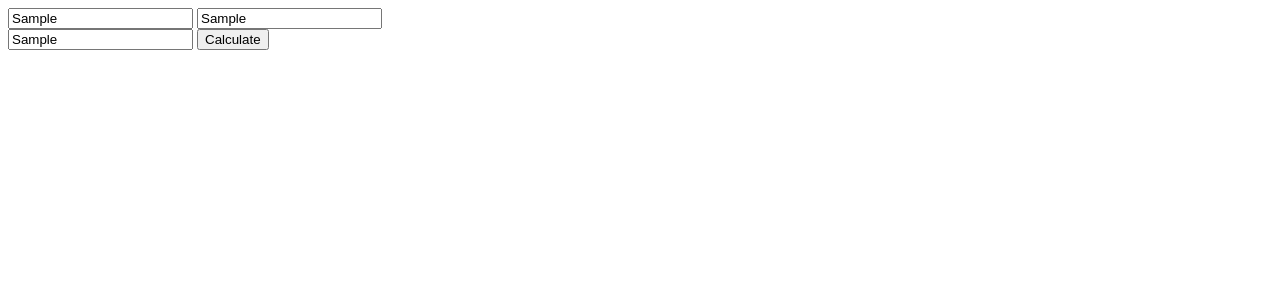
Repository: KHALIFASAID2020/Javascript-UDEMY-WEB
Page: index3.html
An editor plug-in stored every save of this project. The page is shown before and after the next save, followed by the edit.
The browser window is 1280 px wide. The pictures show the whole page.
Empty fields were first filled with sample values (such as "Sample", 5 or name@example.com).
After loading, the first visible `button` was clicked once.

Above is the page before, as saved 2019-10-22 00:38:16.
Console error: SyntaxError: Unexpected string

After the next save:
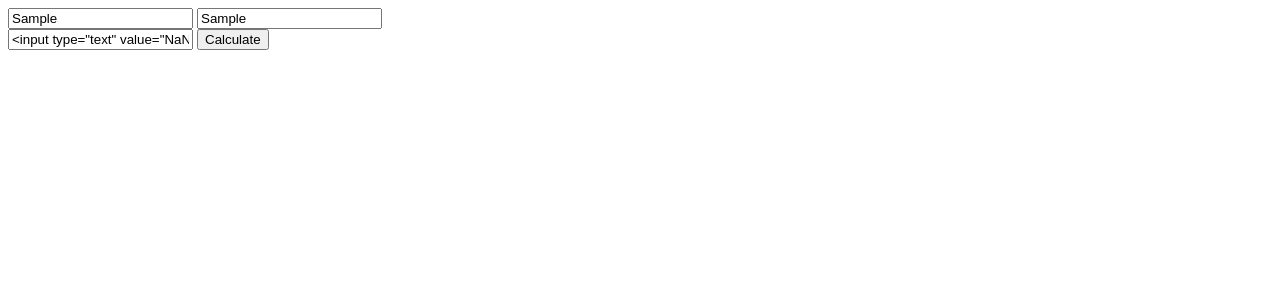
The error is gone.
Saved 12 s later.
--- a/index3.html
+++ b/index3.html
@@ -8,7 +8,7 @@
         function calc(){
           val1=  document.getElementById("val1").value;
           val2=document.getElementById("val2").value;
-          document.getElementById("result").value='<input type="text" value="'+(val1*val2)'">';
+          document.getElementById("result").value='<input type="text" value="'+(val1*val2)+'">';
         }
     </script>
     <title>Document</title>
